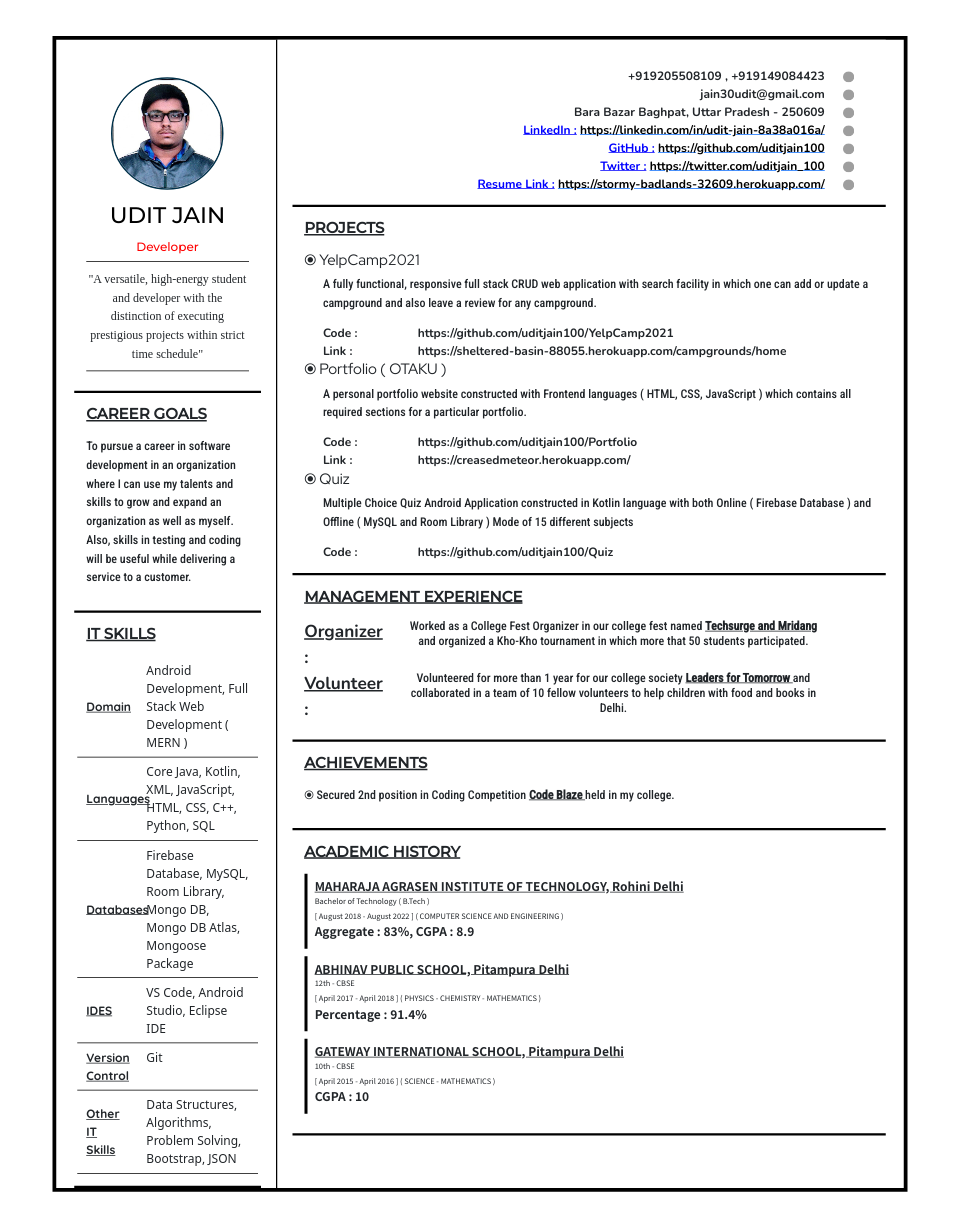
Repository: uditjain100/Resume
Page: app.html
These files come from the project's save history. The page is drawn as it stood at one moment and after the next save; the edit follows.
The browser window is 1280 px wide. The pictures show the whole page, at 75% of full size.
Pictures or frames that could not be fetched are drawn as grey boxes. Some web fonts or font styles are not loaded; a fallback is used.

Above is the page before, as saved 2021-05-27 20:38:53.

### app.html
<!DOCTYPE html>
<html lang="en">
	<head>
		<meta charset="UTF-8" />
		<meta http-equiv="X-UA-Compatible" content="IE=edge" />
		<meta name="viewport" content="width=device-width, initial-scale=1.0" />
		<title>RESUME : Udit Jain</title>
		<link rel="stylesheet" href="app.css" />
		<script
			src="https://code.jquery.com/jquery-3.5.1.min.js"
			integrity="sha256-9/aliU8dGd2tb6OSsuzixeV4y/faTqgFtohetphbbj0="
			crossorigin="anonymous"
		></script>
		<link
			href="https://cdn.jsdelivr.net/npm/bootstrap@5.0.0-beta1/dist/css/bootstrap.min.css"
			rel="stylesheet"
			integrity="sha384-giJF6kkoqNQ00vy+HMDP7azOuL0xtbfIcaT9wjKHr8RbDVddVHyTfAAsrekwKmP1"
			crossorigin="anonymous"
		/>

		<link rel="preconnect" href="https://fonts.gstatic.com" />
		<link
			href="https://fonts.googleapis.com/css2?family=Montserrat:wght@300;500&display=swap"
			rel="stylesheet"
		/>
		<link
			href="https://fonts.googleapis.com/css2?family=Roboto+Condensed:wght@500&display=swap"
			rel="stylesheet"
		/>
		<link
			href="https://fonts.googleapis.com/css2?family=Spartan:wght@500&display=swap"
			rel="stylesheet"
		/>
		<link
			href="https://fonts.googleapis.com/css2?family=Red+Hat+Display&display=swap"
			rel="stylesheet"
		/>
		<link
			href="https://fonts.googleapis.com/css2?family=Ubuntu:wght@300&display=swap"
			rel="stylesheet"
		/>
		<link
			href="https://fonts.googleapis.com/css2?family=Quicksand:wght@700&display=swap"
			rel="stylesheet"
		/>
		<link
			href="https://fonts.googleapis.com/css2?family=Nunito:wght@700&display=swap"
			rel="stylesheet"
		/>
		<link
			href="https://fonts.googleapis.com/css2?family=Akaya+Kanadaka&display=swap"
			rel="stylesheet"
		/>
		<link
			href="https://fonts.googleapis.com/css2?family=Poppins:wght@400&display=swap"
			rel="stylesheet"
		/>
		<link
			href="https://fonts.googleapis.com/css2?family=Noto+Sans+JP&display=swap"
			rel="stylesheet"
		/>
	</head>
	<body>
		<main class="container row my-5 mx-auto" id="wholewindow">
			<section id="leftwindow" class="col-3">
				<article id="namebox">
					<img
						id="profileimg"
						src="profile.jpg"
						class="card-img-top"
						alt="..."
					/>
					<div class="card-body">
						<h3
							class="card-title"
							style="
								color: black;
								text-decoration: none;
								font-size: 30px;
								font-weight: 400;
							"
						>
							UDIT JAIN
						</h3>
						<h6 class="card-subtitle mx-auto">Developer</h6>
						<p id="summary">
							"A versatile, high-energy student and developer with the
							distinction of executing prestigious projects within strict time
							schedule"
						</p>
					</div>
				</article>

				<article class="card-body" id="goalbox">
					<h3 class="card-title">CAREER GOALS</h3>
					<p>
						To pursue a career in software development in an organization where
						I can use my talents and skills to grow and expand an organization
						as well as myself. Also, skills in testing and coding will be useful
						while delivering a service to a customer.
					</p>
				</article>

				<article class="card-body" id="itskillsbox">
					<h3 class="card-title">IT SKILLS</h3>
					<ul class="list-group">
						<li id="itskillsitem" class="row">
							<span class="col-4" id="que">Domain</span>
							<span class="col-8" id="ans"
								>Android Development, Full Stack Web Development ( MERN )</span
							>
						</li>
						<li id="itskillsitem" class="row">
							<span class="col-4" id="que">Languages</span>
							<span class="col-8" id="ans"
								>Core Java, Kotlin, XML, JavaScript, HTML, CSS, C++, Python,
								SQL</span
							>
						</li>
						<li id="itskillsitem" class="row">
							<span class="col-4" id="que">Databases</span>
							<span class="col-8" id="ans"
								>Firebase Database, MySQL, Room Library, Mongo DB, Mongo DB
								Atlas, Mongoose Package</span
							>
						</li>
						<li id="itskillsitem" class="row">
							<span class="col-4" id="que">IDES</span>
							<span class="col-8" id="ans"
								>VS Code, Android Studio, Eclipse IDE</span
							>
						</li>
						<li id="itskillsitem" class="row">
							<span class="col-4" id="que">Version Control</span>
							<span class="col-8" id="ans">Git</span>
						</li>
						<li id="itskillsitem" class="row">
							<span class="col-4" id="que">Other IT Skills</span>
							<span class="col-8" id="ans"
								>Data Structures, Algorithms, Problem Solving, Bootstrap,
								JSON</span
							>
						</li>
					</ul>
				</article>
			</section>
			<section id="rightwindow" class="col-9">
				<article class="card-body" id="contactbox">
					<ul class="list-group">
						<li id="contactitem" class="row">
							<div class="col-11">+919205508109 , +919149084423</div>
							<div class="col-1">
								<img
									src="https://cdn.jsdelivr.net/npm/simple-icons@3.0.1/icons/android.svg"
									alt=""
								/>
							</div>
						</li>
						<li id="contactitem" class="row">
							<div class="col-11">jain30udit@gmail.com</div>
							<div class="col-1">
								<img
									src="https://cdn.jsdelivr.net/npm/simple-icons@3.0.1/icons/gmail.svg"
									alt=""
								/>
							</div>
						</li>
						<li id="contactitem" class="row">
							<div class="col-11">
								Bara Bazar Baghpat, Uttar Pradesh - 250609
							</div>
							<div class="col-1">
								<img
									src="https://cdn.jsdelivr.net/npm/simple-icons@3.0.1/icons/googlemaps.svg"
									alt=""
								/>
							</div>
						</li>
						<li id="contactitem" class="row">
							<div class="col-11">
								<span>LinkedIn :</span>
								<a href="https://linkedin.com/in/udit-jain-8a38a016a/"
									><span id="link"
										>https://linkedin.com/in/udit-jain-8a38a016a/</span
									></a
								>
							</div>
							<div class="col-1">
								<img
									src="https://cdn.jsdelivr.net/npm/simple-icons@4.13.0/icons/linkedin.svg"
									alt=""
								/>
							</div>
						</li>
						<li id="contactitem" class="row">
							<div class="col-11">
								<span>GitHub :</span>
								<a href="https://github.com/uditjain100"
									><span id="link">https://github.com/uditjain100</span></a
								>
							</div>
							<div class="col-1">
								<img
									src="https://cdn.jsdelivr.net/npm/simple-icons@4.13.0/icons/github.svg"
									alt=""
								/>
							</div>
						</li>
						<li id="contactitem" class="row">
							<div class="col-11">
								<span>Twitter :</span>
								<a href="https://twitter.com/uditjain_100"
									><span id="link">https://twitter.com/uditjain_100</span></a
								>
							</div>
							<div class="col-1">
								<img
									src="https://cdn.jsdelivr.net/npm/simple-icons@4.13.0/icons/twitter.svg"
									alt=""
								/>
							</div>
						</li>
						<li id="contactitem" class="row">
							<div class="col-11">
								<span>Resume Link :</span>
								<a href="https://stormy-badlands-32609.herokuapp.com/"
									><span id="link"
										>https://stormy-badlands-32609.herokuapp.com/</span
									></a
								>
							</div>
							<div class="col-1">
								<img
									src="https://cdn.jsdelivr.net/npm/simple-icons@4.13.0/icons/webpack.svg"
									alt=""
								/>
							</div>
						</li>
					</ul>
				</article>

				<article class="card-body" id="projectbox">
					<h3 class="card-title">PROJECTS</h3>
					<ul class="list-group">
						<li id="projectitem">
							<h5 id="projecttitle">⦿ YelpCamp2021</h5>
							<div id="projectdetails">
								<p>
									A fully functional, responsive full stack CRUD web application
									with search facility in which one can add or update a
									campground and also leave a review for any campground.
								</p>
								<ul class="list-group">
									<li id="contactitem" class="row">
										<div class="col-2">
											<span style="font-weight: 700">Code : </span>
										</div>
										<div id="link" class="col-10">
											https://github.com/uditjain100/YelpCamp2021
										</div>
									</li>
									<li id="contactitem" class="row">
										<div class="col-2">
											<span style="font-weight: 700">Link : </span>
										</div>
										<div id="link" class="col-10">
											https://sheltered-basin-88055.herokuapp.com/campgrounds/home
										</div>
									</li>
								</ul>
							</div>
						</li>
						<li id="projectitem">
							<h5 id="projecttitle" class="display-10">
								⦿ Portfolio ( OTAKU )
							</h5>
							<div id="projectdetails">
								<p>
									A personal portfolio website constructed with Frontend
									languages ( HTML, CSS, JavaScript ) which contains all
									required sections for a particular portfolio.
								</p>
								<ul class="list-group">
									<li id="contactitem" class="row">
										<div class="col-2">
											<span style="font-weight: 700">Code : </span>
										</div>
										<div id="link" class="col-10">
											https://github.com/uditjain100/Portfolio
										</div>
									</li>
									<li id="contactitem" class="row">
										<div class="col-2">
											<span style="font-weight: 700">Link : </span>
										</div>
										<div id="link" class="col-10">
											https://creasedmeteor.herokuapp.com/
										</div>
									</li>
								</ul>
							</div>
						</li>
						<li id="projectitem">
							<h5 id="projecttitle" class="display-10">⦿ Quiz</h5>
							<div id="projectdetails">
								<p>
									Multiple Choice Quiz Android Application constructed in Kotlin
									language with both Online ( Firebase Database ) and Offline (
									MySQL and Room Library ) Mode of 15 different subjects
								</p>
								<ul class="list-group">
									<li id="contactitem" class="row">
										<div class="col-2">
											<span style="font-weight: 700">Code : </span>
										</div>
										<div id="link" class="col-10">
											https://github.com/uditjain100/Quiz
										</div>
									</li>
								</ul>
							</div>
						</li>
					</ul>
				</article>

				<article class="card-body" id="managementskillsbox">
					<h3 class="card-title">MANAGEMENT EXPERIENCE</h3>
					<ul class="list-group">
						<li id="managementskillsitem" class="row">
							<span id="tag" class="col-2"><span>Organizer</span> : </span>
							<p class="col-9">
								Worked as a College Fest Organizer in our college fest named
								<span style="font-weight: 700; text-decoration: underline"
									>Techsurge and Mridang
								</span>
								and organized a Kho-Kho tournament in which more that 50
								students participated.
							</p>
						</li>
						<li id="managementskillsitem" class="row">
							<span id="tag" class="col-2"><span>Volunteer</span> : </span>
							<p class="col-9">
								Volunteered for more than 1 year for our college society
								<span style="font-weight: 700; text-decoration: underline"
									>Leaders for Tomorrow </span
								>and collaborated in a team of 10 fellow volunteers to help
								children with food and books in Delhi.
							</p>
						</li>
					</ul>
				</article>

				<article class="card-body" id="achievementsbox">
					<h3 class="card-title">ACHIEVEMENTS</h3>
					<ul class="list-group">
						<li id="achievementitem" class="row">
							<p>
								⦿ Secured 2nd position in Coding Competition
								<span style="font-weight: 700; text-decoration: underline"
									>Code Blaze
								</span>
								held in my college.
							</p>
						</li>
					</ul>
				</article>

				<article class="card-body" id="educationbox">
					<h3 class="card-title">ACADEMIC HISTORY</h3>
					<ul class="list-group">
						<li id="educationitem">
							<h6 id="institutename">
								MAHARAJA AGRASEN INSTITUTE OF TECHNOLOGY, Rohini Delhi
							</h6>
							<h6 id="stream">Bachelor of Technology ( B.Tech )</h6>
							<h6 id="subjects">
								[ August 2018 - August 2022 ] ( COMPUTER SCIENCE AND ENGINEERING
								)
							</h6>
							<h6 id="marks">Aggregate : 83%, CGPA : 8.9</h6>
						</li>
						<li id="educationitem">
							<h6 id="institutename">ABHINAV PUBLIC SCHOOL, Pitampura Delhi</h6>
							<h6 id="stream">12th - CBSE</h6>
							<h6 id="subjects">
								[ April 2017 - April 2018 ] ( PHYSICS - CHEMISTRY - MATHEMATICS
								)
							</h6>
							<h6 id="marks">Percentage : 91.4%</h6>
						</li>
						<li id="educationitem">
							<h6 id="institutename">
								GATEWAY INTERNATIONAL SCHOOL, Pitampura Delhi
							</h6>
							<h6 id="stream">10th - CBSE</h6>
							<h6 id="subjects">
								[ April 2015 - April 2016 ] ( SCIENCE - MATHEMATICS )
							</h6>
							<h6 id="marks">CGPA : 10</h6>
						</li>
					</ul>
				</article>
			</section>
		</main>
	</body>
</html>

### app.css
/* * Common Section */

@keyframes transitionIn {
	from {
		opacity: 0;
		transform: rotateY(-10deg);
	}
	to {
		opacity: 1;
		transform: rotateY(0);
	}
}

html {
	animation: transitionIn 1s;
}

p {
	font-family: "Roboto Condensed", sans-serif;
	line-height: 25px;
}

ul {
	list-style: none;
}
article {
	border-bottom: 3px black solid;
}

.card-title {
	font-family: "Montserrat";
	text-decoration: underline;
	font-weight: 900;
	font-size: 20px;
	padding-bottom: 10px;
	border: none;
}

.card-subtitle {
	color: red;
}

.footer {
	position: -webkit-sticky;
	left: 0;
	bottom: 0;
	width: 100%;
	color: white;
	text-align: center;
	font-family: "Montserrat";
}

/*  ********************* resume work */

#wholewindow {
	border: 5px black solid;
	display: flex;
	flex-direction: row;
	flex-wrap: wrap;
	justify-content: space-evenly;
	/* align-items: center; */
}

#leftwindow {
	padding: 40px 20px 0px 0px;
	border-right: 2px black solid;
	min-width: 250px;
}

#rightwindow {
	padding: 20px 0px 0px 20px;
	min-width: 250px;
	background-color: white;
}

#namebox {
	display: flex;
	flex-direction: column;
	flex-wrap: wrap;
	align-items: center;
	text-align: center;
	font-family: "Montserrat";
}

#profileimg {
	width: 150px;
	height: 150px;
	border-radius: 50%;
	border: 2px #003049 solid;
	margin-top: 10px;
}
#summary {
	font-family: "Akaya Kanadaka";
	margin-top: 10px;
	margin-bottom: 10px;
	padding-top: 10px;
	padding-bottom: 10px;

	border-bottom: 1px black solid;
	border-top: 1px black solid;
}

#managementskillsitem p {
	line-height: 20px;
	text-align: center;
}

#tag {
	font-family: "Nunito";
	font-size: 23px;
	font-weight: 900;
	text-align: left;
}

#tag span {
	text-decoration: underline;
}

li img {
	width: 15px;
	height: 15px;
	border-radius: 50%;
	margin-right: 5px;
}

#itskillsitem {
	border-bottom: 1px black solid;
	padding: 7px 0px 7px 0px;
}

#que {
	font-family: "Quicksand";
	text-decoration: underline;
	font-size: 16px;
	font-weight: 800;
	display: flex;
	align-items: center;
}

#contactitem {
	font-family: "Nunito";
}

#contactitem .col-11 {
	text-align: end;
}

#contactitem .col-11 span {
	font-weight: 600;
	color: blue;
	text-decoration: underline;
}

#contactitem .col-11 a span {
	color: black;
	text-decoration: none;
}

#educationtitle {
	font-family: "Red Hat Display";
	font-weight: 200;
}

#educationitem {
	margin-bottom: 10px;
	padding: 10px 0px 10px 10px;
	border-left: 4px black solid;
}

#educationbox {
	font-family: "Noto Sans JP";
}

#educationitem h6 {
	line-height: 12px;
}

#institutename {
	text-decoration: underline;
	font-weight: 800;
	font-size: 16px;
}

#timestamp {
	font-size: 10px;
}

#stream {
	font-size: 10px;
	font-weight: 400;
}

#subjects {
	font-size: 10px;
	font-weight: 300;
}

#marks {
	/* font-size: 15px; */
	font-weight: 700;
}

#projecttitle {
	font-family: "Red Hat Display";
	font-weight: 400;
}

#projectdetails {
	margin-left: 25px;
}

After the next save:
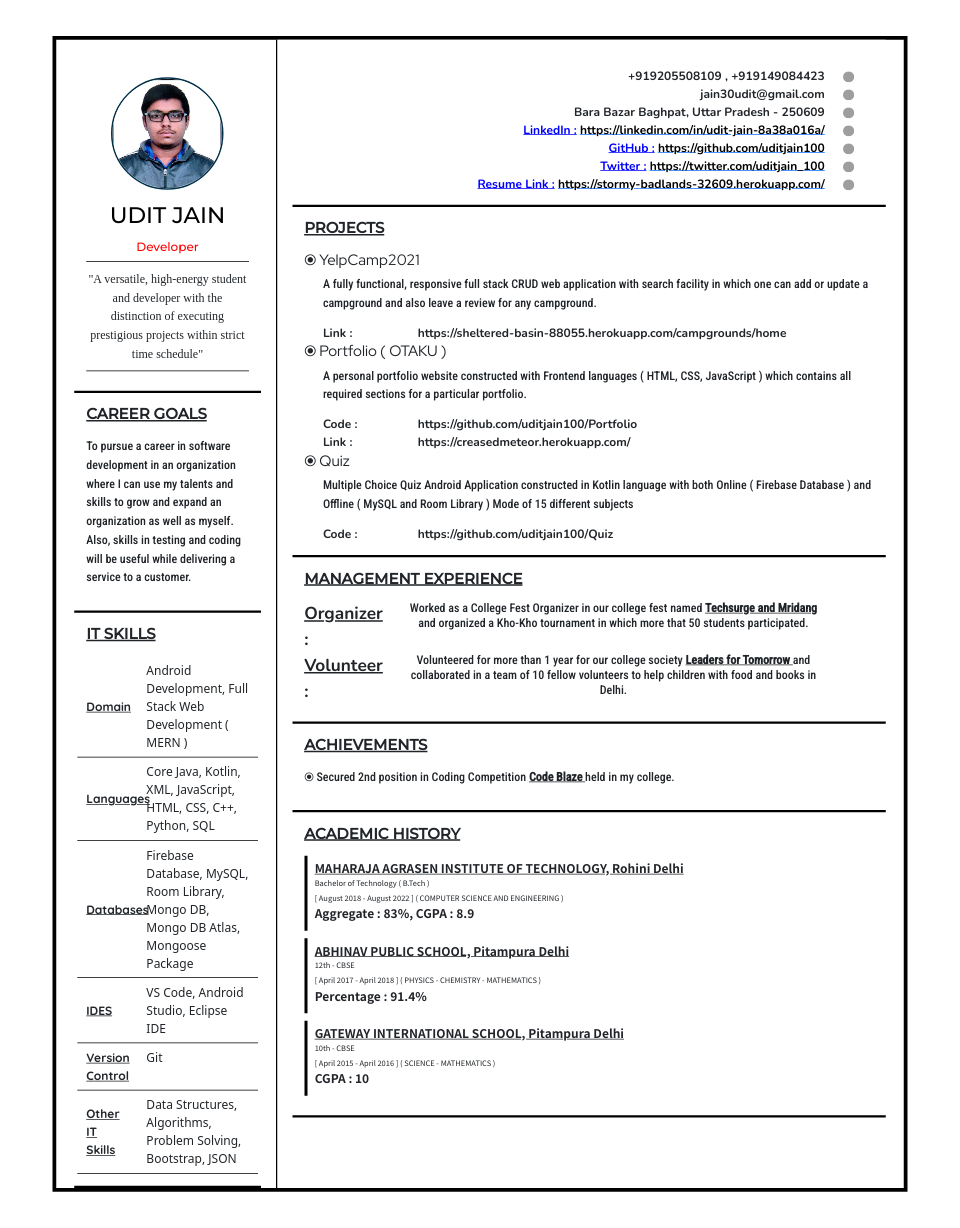
Saved 59 s later.
--- a/app.html
+++ b/app.html
@@ -252,17 +252,7 @@
 								</p>
 								<ul class="list-group">
 									<li id="contactitem" class="row">
-										<div class="col-2">
-											<span style="font-weight: 700">Code : </span>
-										</div>
-										<div id="link" class="col-10">
-											https://github.com/uditjain100/YelpCamp2021
-										</div>
-									</li>
-									<li id="contactitem" class="row">
-										<div class="col-2">
-											<span style="font-weight: 700">Link : </span>
-										</div>
+										<span class="col-2" style="font-weight: 700">Link : </span>
 										<div id="link" class="col-10">
 											https://sheltered-basin-88055.herokuapp.com/campgrounds/home
 										</div>
